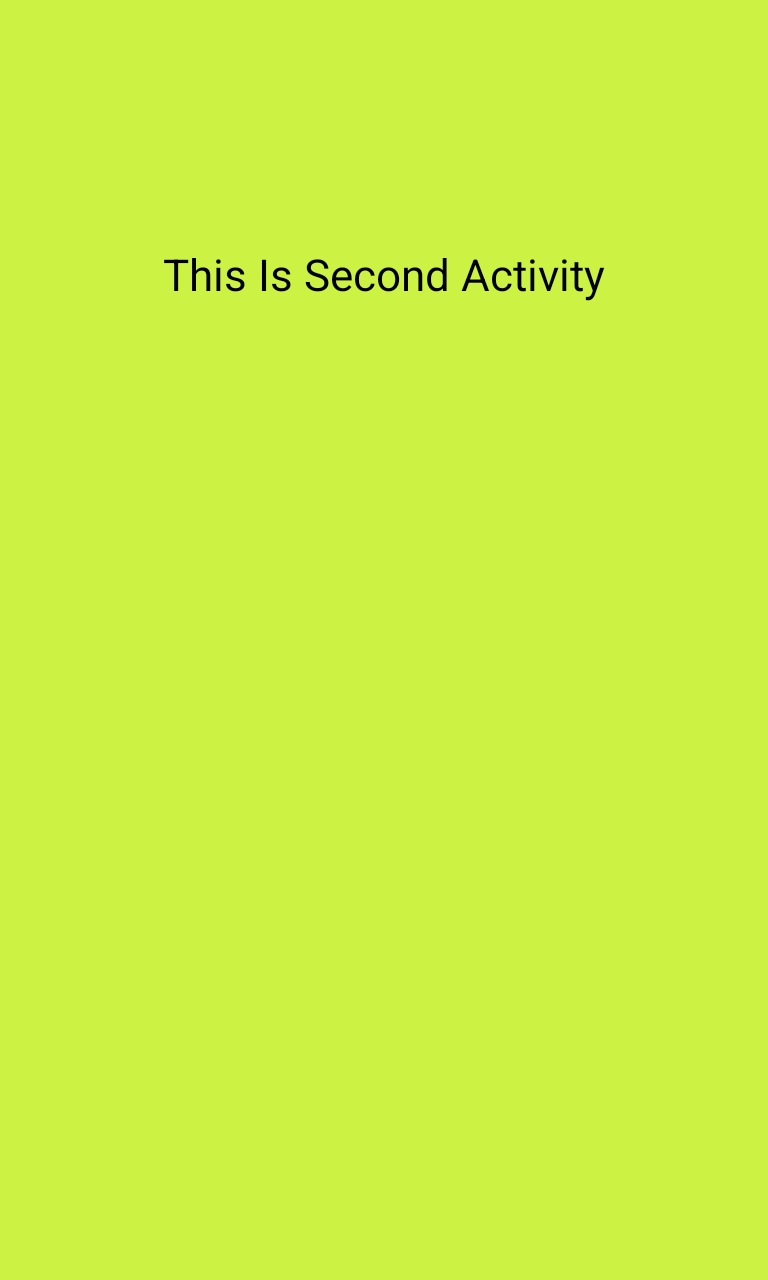
Repository: MadhuHS/OECM-1
Layout: Intents/res/layout/activity_second.xml
An editor plug-in stored every save of this project. The layout is shown before and after the next save, followed by the edit.
It is drawn on a 768 x 1280 px phone screen (xhdpi) without system bars, with theme AppTheme; the app's code is not run.

Above is the layout before, as saved 2015-09-30 14:30:47.

After the next save:
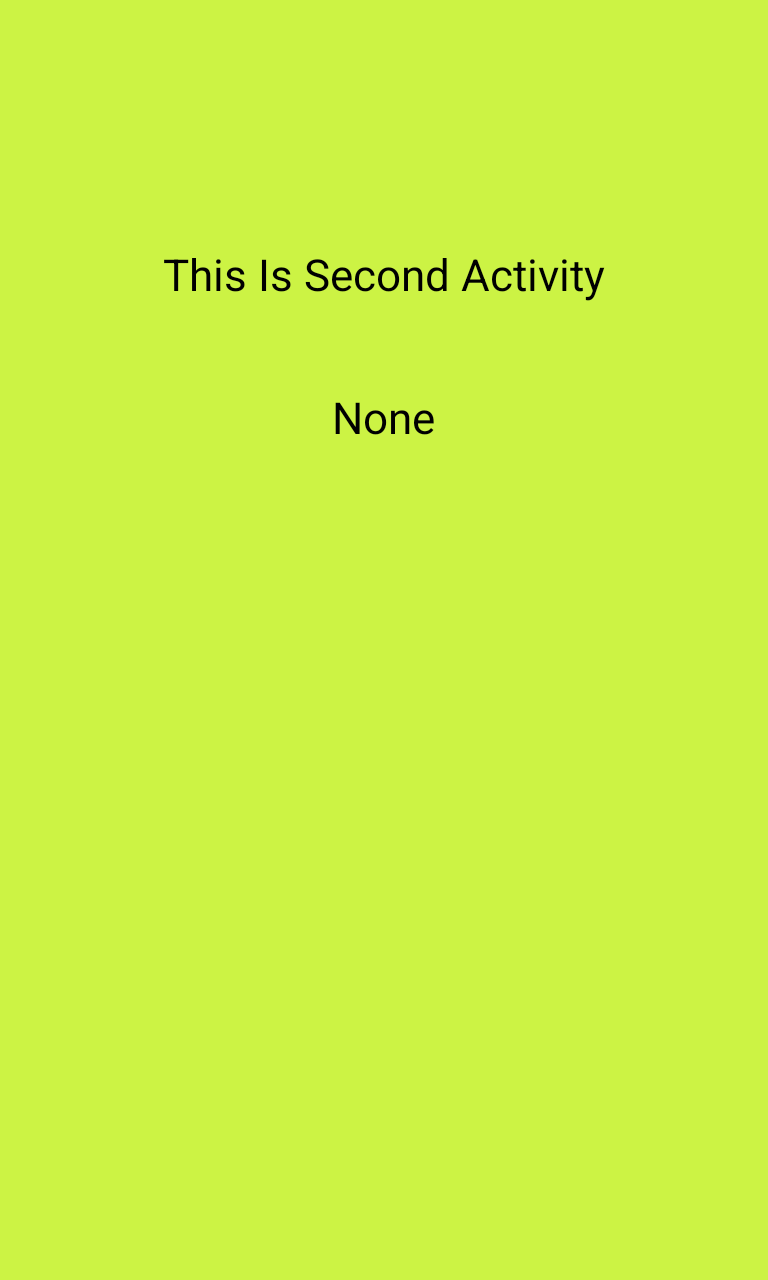
Saved 47 s later.
--- a/Intents/res/layout/activity_second.xml
+++ b/Intents/res/layout/activity_second.xml
@@ -19,4 +19,14 @@
         android:text="This Is Second Activity"
         android:textAppearance="?android:attr/textAppearanceLarge" />
 
+    <TextView
+        android:id="@+id/textViewoutput"
+        android:layout_width="wrap_content"
+        android:layout_height="wrap_content"
+        android:layout_below="@+id/textView1"
+        android:layout_centerHorizontal="true"
+        android:layout_marginTop="42dp"
+        android:text="None"
+        android:textAppearance="?android:attr/textAppearanceLarge" />
+
 </RelativeLayout>
